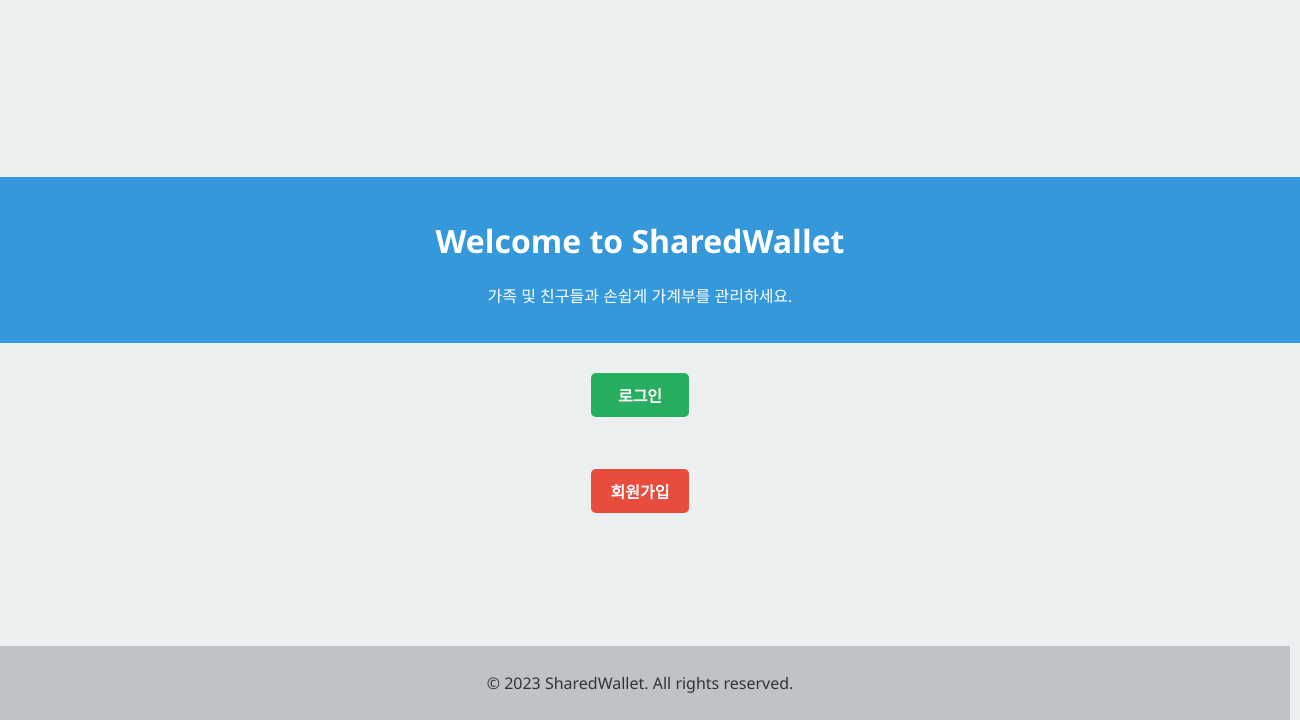
Repository: YoonHakyoung/SharedWallet
Page: http://localhost/Final_Exam/WEB-INF/views/home.jsp
The author's editor kept a copy of each file at every save. The page is drawn from the files as they stood at one save, then again after the next save.
The browser window is 1280 px wide. The page is 1300 px wide, so the pictures cover 1300 px, including what lies to the right of the window. The pictures show the whole page.
The page is served by Tomcat 9. Nobody is signed in. Other server files are loaded and not shown. The template is opened directly, without the code that normally fills it, so the values that code supplies are empty.

Above is the page before, as saved 2023-12-08 14:29:47.

### Spring/Project/Final Exam/src/main/webapp/WEB-INF/views/home.jsp
<%@ taglib uri="http://java.sun.com/jsp/jstl/core" prefix="c" %>
<%@ page session="false" language="java" contentType="text/html; charset=UTF-8" pageEncoding="UTF-8"%>
<!DOCTYPE html>
<html>
<head>
    <meta charset="UTF-8">
    <title>SharedWallet - 홈</title>
    <!-- 외부 스타일시트 링크 추가 -->
    <link href="<c:url value='/resources/css/home.css' />" rel="stylesheet">
</head>
<body>

<header>
    <h1>Welcome to SharedWallet</h1>
    <p>가족 및 친구들과 손쉽게 가계부를 관리하세요.</p>
</header>

<main>
    <!-- 로그인 및 회원가입 버튼 -->
    <div>
        <a href="/myweb/member/loginForm" class="button login">로그인</a><br>
        <a href="/myweb/member/signupForm" class="button signup">회원가입</a>
    </div>
</main>

<footer>
    <p>&copy; 2023 SharedWallet. All rights reserved.</p>
</footer>

</body>
</html>

### Spring/Project/Final Exam/src/main/webapp/resources/css/home.css
/* style.css */

body {
    margin: 0;
    padding: 0;
    font-family: 'Segoe UI', Tahoma, Geneva, Verdana, sans-serif;
    background-color: #ecf0f1;
    display: flex;
    flex-direction: column;
    align-items: center;
    justify-content: center;
    min-height: 100vh;
}

header {
    background-color: #3498db;
    color: #fff;
    padding: 20px;
    text-align: center;
    width: 100%;
}

main {
    padding: 20px;
    text-align: center;
}

footer {
    background-color: #bdc3c7;
    color: #333;
    padding: 10px;
    text-align: center;
    position: fixed;
    bottom: 0;
    width: 100%;
}

a.button {
    display: inline-block;
    margin: 10px;
    padding: 10px 20px;
    text-decoration: none;
    border-radius: 5px;
    font-weight: bold;
    text-align: center;
}

a.login,
a.signup {
    display: block; /* 가운데 정렬을 위해 블록 요소로 설정 */
    margin: 10px auto; /* 가운데 정렬을 위해 자동 마진 설정 */
    padding: 10px 20px;
    text-decoration: none;
    border-radius: 5px;
    font-weight: bold;
    text-align: center;
}

a.login {
    background-color: #27ae60;
    color: #fff;
}

a.signup {
    background-color: #e74c3c;
    color: #fff;
    margin-top: 20px;
}

After the next save:
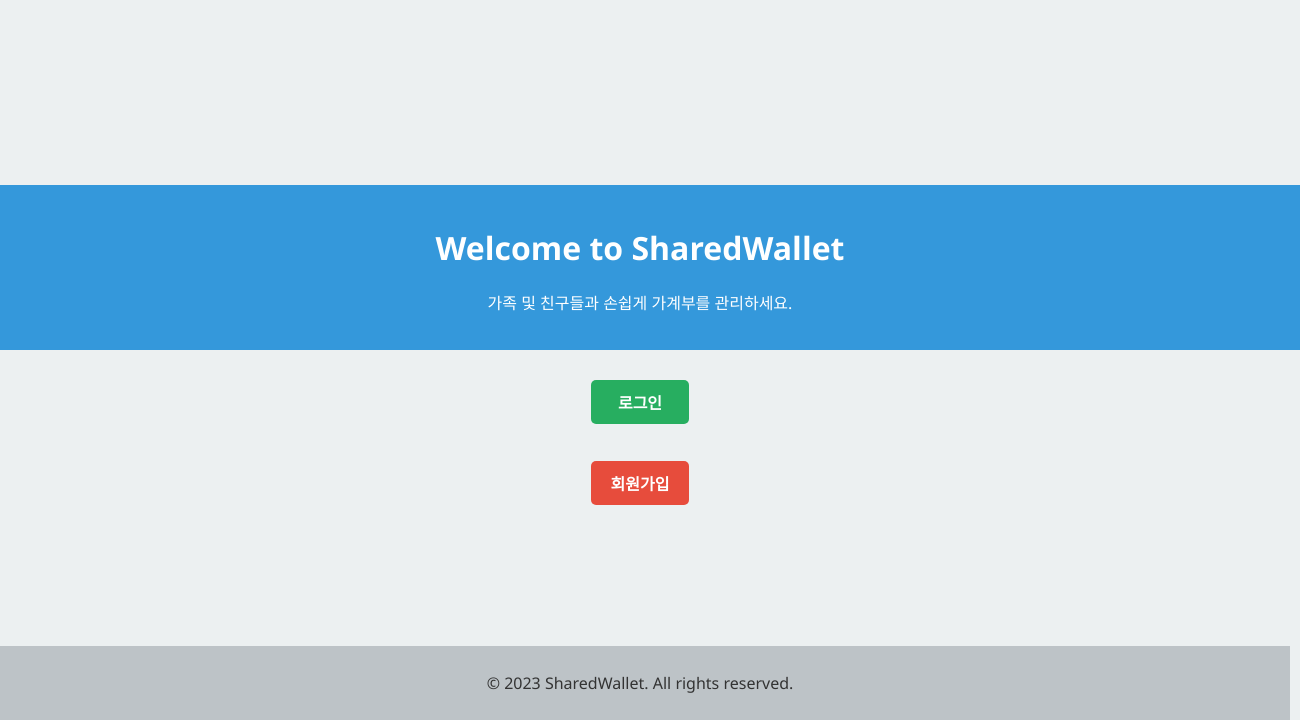
Saved 11 s later.
--- a/Spring/Project/Final Exam/src/main/webapp/resources/css/home.css
+++ b/Spring/Project/Final Exam/src/main/webapp/resources/css/home.css
@@ -64,5 +64,5 @@ a.login {
 a.signup {
     background-color: #e74c3c;
     color: #fff;
-    margin-top: 20px;
+    margin-top: 5px;
 }
